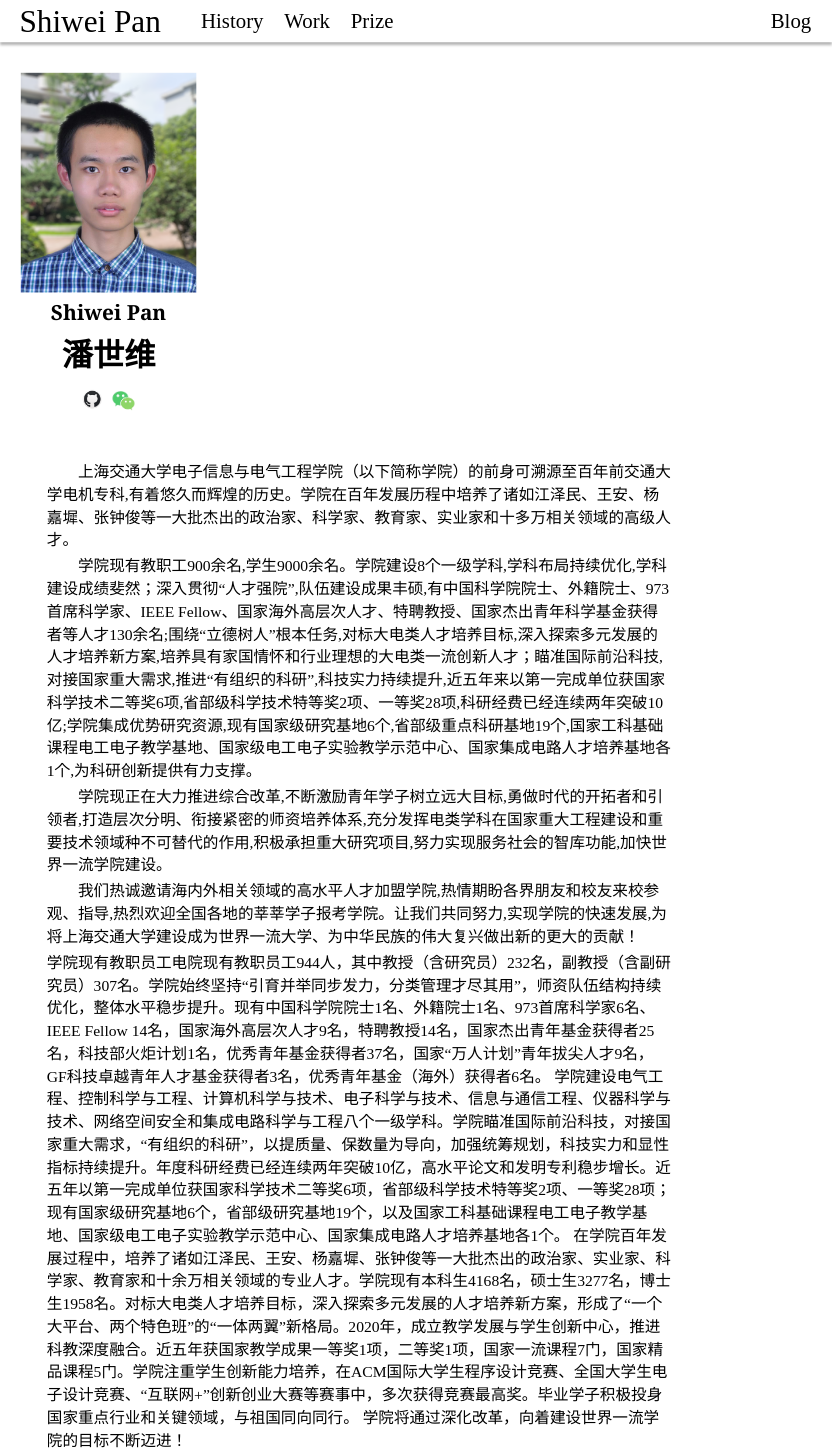
Repository: erikpsw/web
Page: new/psw.html
These files come from the project's save history. The page is drawn as it stood at one moment and after the next save; the edit follows.
The browser window is 1280 px wide. The pictures show the whole page, at 65% of full size.

Above is the page before, as saved 2022-06-17 09:31:37.

After the next save:
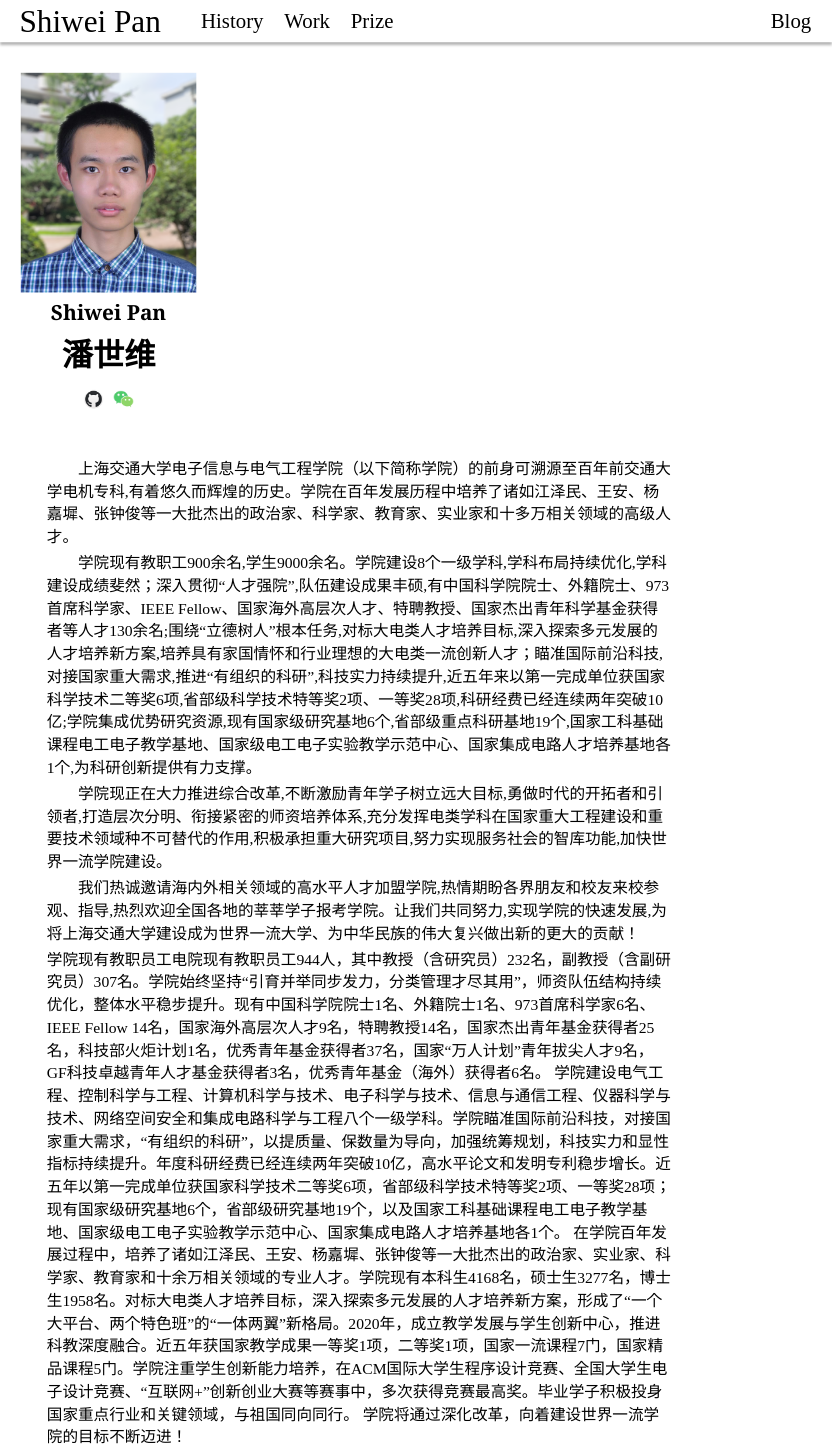
Saved 12 s later.
--- a/new/styles.css
+++ b/new/styles.css
@@ -74,7 +74,7 @@
     height: 30px;
 }
 #wechat{
-    height: 35px;
+    height: 30px;
     margin-left: 1em;
 }
 
